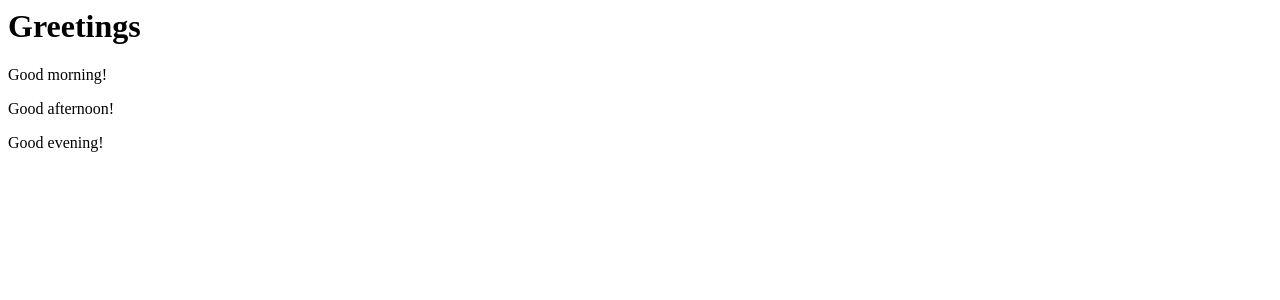
Repository: erinakatagiri/gomi
Page: test.html
The author's editor kept a record of every edit. The page is drawn from the files as they stood at one moment, then again after the next edit.
The browser window is 1280 px wide. The pictures show the whole page.

Above is the page before.

After the next edit:
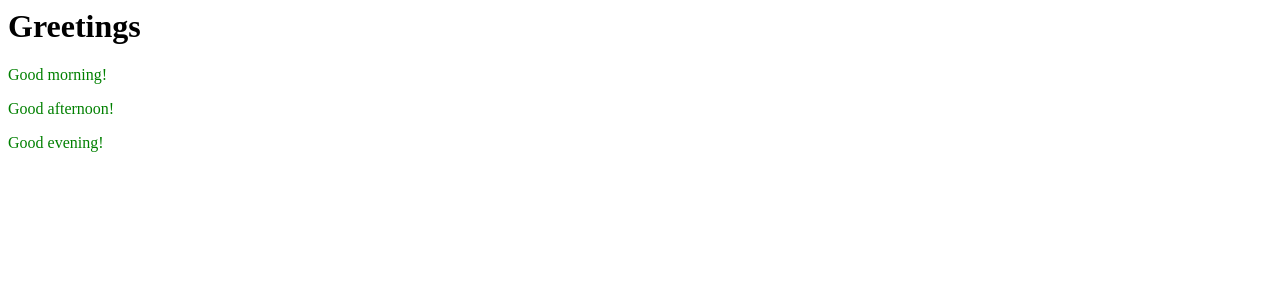
The edit:
--- a/test.html
+++ b/test.html
@@ -3,7 +3,12 @@
 <h1>Greetings</h1>
 
   <div>
-    <p style color:green>
+    <p= class="morning">
+      <style>
+        .morning{
+          color: green;
+        }
+      </style>
     Good morning!
     </p>
     <p>
